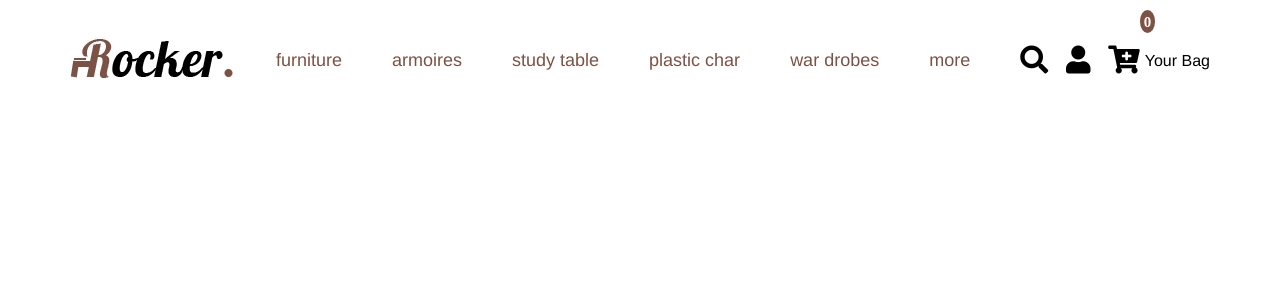
Repository: Ahmed123rezk123/p2-template
Page: index.html
An editor plug-in stored every save of this project. The page is shown before and after a run of saves, followed by the edit.
The browser window is 1280 px wide. The pictures show the whole page.

Above is the page before, as saved 2024-01-21 20:19:00.

### index.html
<!DOCTYPE html>
<html lang="en">
<head>
   <meta charset="UTF-8">
    <title>Project2</title>
  <link rel="stylesheet" href="css/style.css">
  <link rel="stylesheet" href="css/all.css">
</head>
<body>
    <!-- Header -->
    <header>
        <div class="container">
        <div class="logo">
            <a href="#"><img src="images/logo.png" alt="LOGO"></a>
        </div>
        <nav>
            <ul>
                <li><a href="#">furniture</a></li>
                <li><a href="#">armoires</a></li>
                <li><a href="#">study table</a></li>
                <li><a href="#">plastic char</a></li>
                <li><a href="#">war drobes</a></li>
                <li><a href="#">more</a></li>
            </ul>
            <div class="icons">
            <i class="fas fa-search"></i>
            <i class="fas fa-user"></i>
            <i class="fas fa-cart-plus i3"></i>
            </div>
        <span>Your Bag</span>
        </nav>
        </div>
    </header>
</body>
</html>

### css/style.css
/* Start variables */
:root {
    --maincolor: #7b5244;
    --subcolor: #333;
}
/* End variables */
/* Start Global Rules   */
* {
    -webkit-box-sizing: border-box;
    -moz-box-sizing: border-box;
    box-sizing: border-box;
   padding: 0;
   margin: 0;
}
body {
    font-family: 'Franklin Gothic Medium', 'Arial Narrow', Arial, sans-serif;
}
html {
    scroll-behavior: smooth;
}
ul {
    list-style: none;
}
.container {
    padding-left: 15px;
    padding-right: 15px;
    margin-left: auto;
    margin-right: auto;
}

/* Small */

@media(min-width: 768px) {
    .container {
       width: 750px;
    }
}

/* Medium */

@media(min-width: 992px) {
    .container {
        width: 970px;
    }
}

/* Large  */

@media(min-width: 1200px) {
    .container {
        width: 1170px;
    }
}
/* End Global Rules   */
/* Start Header */
header .container {
    display: flex;
    justify-content: space-between;
    align-items: center;
    position: relative;
    min-height: 97px;
 }
 header nav {
    flex: 1;
    display: flex;
    align-items: center;
    justify-content: flex-end;
}
 header nav ul {
    display: flex;

}
header nav ul li a {
    display: block;
    color: var(--maincolor);
    text-decoration: none;
    font-size: 18px;
    padding: 50px 0px;
    margin-right: 50px;
}
header nav .icons {
    font-weight: bold;
    font-size: 28px;
   word-spacing: 10px;
   margin-right: 5px;
}
header nav .icons .i3::after {
    position: absolute;
    content: "0";
    background-color: #7b5244;
    color: #fff;
    padding: 4px;
    border-radius: 50%;
    font-size: 15px;
    top: 10px;

    }

/* End Header */

Loaded but not shown: css/all.css (library)

After the next 2 saves:
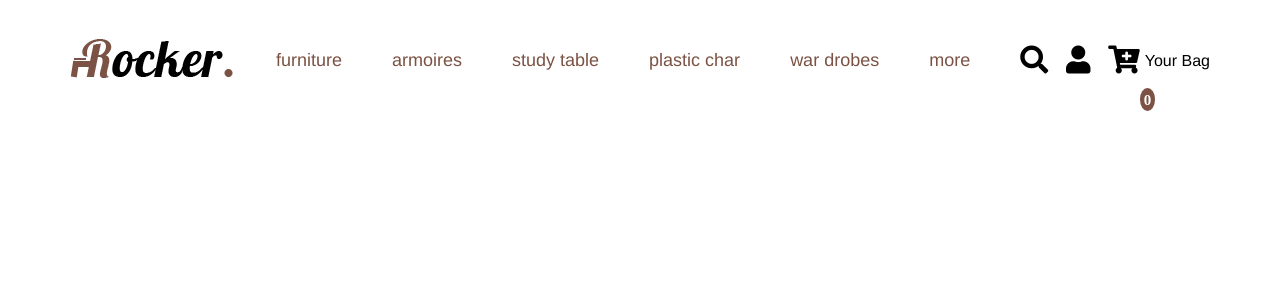
The 2 saves are shown as one change because they came seconds apart.
The last was saved 9 s later.
--- a/css/style.css
+++ b/css/style.css
@@ -92,7 +92,7 @@
     padding: 4px;
     border-radius: 50%;
     font-size: 15px;
-    top: 10px;
+    bottom: 10px;
 
     }
 
